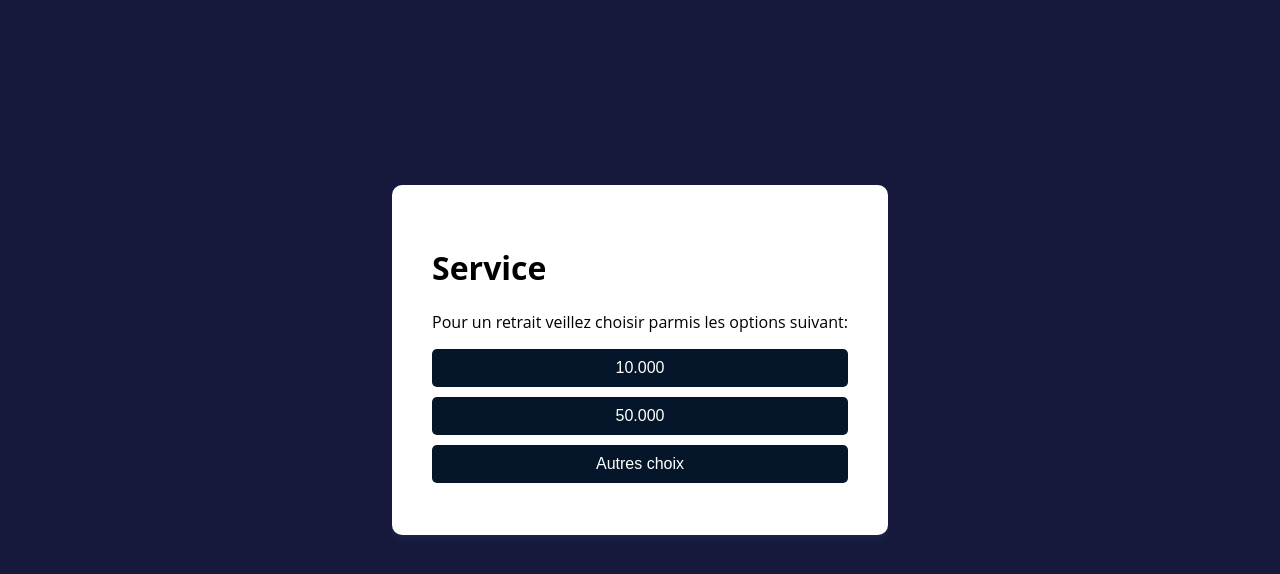
Repository: ndiawar/ProjetGab
Page: retrait.html
An editor plug-in stored every save of this project. The page is shown before and after the next save, followed by the edit.
The browser window is 1280 px wide. The pictures show the whole page.

Above is the page before, as saved 2024-08-07 22:53:50.

### retrait.html
<!DOCTYPE html>
<html lang="fr">
<head>
    <meta charset="UTF-8">
    <meta name="viewport" content="width=device-width, initial-scale=1.0">
    <link rel="stylesheet" href="style.css">
    <title>Page de Gestion</title>
</head>
<body>
    <div class="container">
        <h1 id="service">Service</h1>
        <p id="welcome-message">Pour un retrait veillez choisir parmis les options suivant:</p>
        <button class="button">10.000</button>
        <button class="button">50.000</button>
        <button class="button">Autres choix</button>
    </div>
</body>
</html>

### style.css
:root {
    /* Définition des couleurs de base */
    --blue-sky-1: #16193B; /* Bleu nuit */
    --blue-sky-2: #35478C; /* Bleu foncé */
    --blue-sky-3: #4E7AC7; /* Bleu vif */
    --blue-sky-4: #7FB2F0; /* Bleu clair */
    --blue-sky-5: #ADD5F7; /* Bleu très clair */
    --Noir-6: #000000; /* Noir */
    --White-7: #ffffff; /* Blanc */

    /* Utilisation des couleurs pour différents éléments */
    --color-title: var(--blue-sky-1); /* Couleur pour les titres */
    --color-subtitle: var(--blue-sky-3); /* Couleur pour les sous-titres */
    --color-paragraph: var(--blue-sky-2); /* Couleur pour les paragraphes */
    --color-border: var(--blue-sky-4); /* Couleur pour les bordures */
    --color-backgroundFoncé: var(--blue-sky-1); /* Couleur de fond foncée */
    --color-background: var(--blue-sky-5); /* Couleur de fond général */
    --color-text: var(--Noir-6); /* Couleur pour le texte de fond */
    --color-white: var(--White-7); /* Couleur blanche pour le texte de fond d'une balise */

    /* Polices */
    --font-title: 'Montserrat', sans-serif;
    --font-text: 'Open Sans', sans-serif;
    --font-subtitle: 'Roboto', sans-serif;

    /* Taille de police standard et poids */
    --font-size-normal: 16px; /* Taille de police standard pour le texte */
    --font-size-title: 28px; /* Taille de police pour les grands titres */
    --font-size-subtitle: 20px; /* Taille de police pour les sous-titres */
    --font-weight-normal: 400; /* Poids normal de la police */
    --font-weight-bold: 700; /* Poids en gras */
    /* Pour le profil la taille du nom et du sous-titre */
    --font-size-titleProfil: 45px;
    --font-size-subtitleProfil: 30px;
}


/*Initialisation de notre body pour supprimer les marges et choix du type de police pour notre site*/


/*Initialisation de notre body pour supprimer les marges et choix du type de police pour notre site*/
* {
  box-sizing: border-box;
}

/* Style global pour le corps de la page */
body, html {
    margin: 0;
    padding: 0;
    color: var(--color-text);
    font-family: var(--font-text);
    font-size: var(--font-size-normal);
    font-weight: var(--font-weight-normal);
    overflow-x: hidden;
    height: 100%;
    display: flex;
    align-items: center;
    justify-content: center;
    background-color: var(--color-backgroundFoncé);
}

/* Conteneur principal de la page de connexion */
.login-container {
    display: flex;
    width: 100%;
    max-width: 900px;
    height: 500px;
    background-color: var(--color-white);
    box-shadow: 0 4px 8px rgba(101, 150, 214, 0.1);
    border-radius: 10px;
    overflow: hidden;
}

/* Style pour la section du formulaire de connexion */
.login-form {
    flex: 1;
    padding: 40px;
    background-color: var(--color-white);
    display: flex;
    flex-direction: column;
    justify-content: center;
}

/* Style pour les titres et formulaires dans la section de connexion */
.login-form h2 {
    margin-bottom: 20px;
    color: var(--color-title);
    font-size: var(--font-size-title);
    font-family: var(--font-title);
    font-weight: var(--font-weight-bold);
    padding: 5px 0 60px 50px;
}

.form-group {
    margin-bottom: 15px;
    font-size: var(--font-subtitle);
    font-weight: var(--font-weight-normal);
    font-family: var(--font-text);
    color: var(--color-title);
}

.form-group label {
    display: block;
    margin-bottom: 5px;
    color: var(--color-title);
}

.form-group input {
    width: 100%;
    padding: 10px;
    border: 1px solid var(--color-title);
    border-radius: 5px;
    font-size: 16px;
    box-sizing: border-box;
}

button {
    width: 100%;
    padding: 10px;
    background-color: var(--color-backgroundFoncé);
    color: var(--color-white);
    border: none;
    border-radius: 5px;
    font-size: 16px;
    cursor: pointer;
    transition: background-color 0.3s ease;
}

button:hover {
    background-color: var(--color-border);
}

/* Style pour la section de bienvenue avec le logo */
.welcome-section {
    flex: 1;
    display: flex;
    align-items: center;
    justify-content: center;
    color: var(--color-backgroundFoncé);
}

.welcome-content {
    text-align: center;
    padding: 20px;
}

.logo {
    width: 350px;
    height: 350px;
    margin-bottom: 20px;
}

.welcome-section h1 {
    margin: 0 0 10px;
    font-size: 36px;
}

.welcome-section p {
    font-size: 18px;
    margin: 0;
}

/* Style pour le conteneur principal de gestion */
.container {
    background-color: var(--color-white);
    border-radius: 10px; /* Assurez-vous qu'il correspond à .login-container */
    box-shadow: 0 4px 8px rgba(101, 150, 214, 0.1); /* Utilisez le même box-shadow que .login-container */
    padding: 40px; /* Assurez-vous que le padding est le même pour le confort */
    max-width: 900px; /* Assurez-vous qu'il correspond à max-width de .login-container */
    height: 350px; /* Assurez-vous qu'il correspond à height de .login-container */
    width: 100%;
    margin: 0 auto; /* Centrer le conteneur */
}

.service {
    font-size: 24px;
    margin-bottom: 10px;
    color: var(black);
    text-align: center;
  }

h1.bienvenue {
    font-size: 24px;
    margin-bottom: 10px;
    color: var(--color-title); /* Utilisez la variable de couleur définie */
}

p.welcome-message {
    font-size: 18px;
    margin-bottom: 20px;
    color: var(--color-title); /* Utilisez la variable de couleur définie */
}

.button {
    display: block;
    width: 100%;
    padding: 12px; /* Assurez-vous que le padding est confortable */
    margin: 10px 0;
    font-size: 16px;
    text-align: center;
    border: none;
    border-radius: 5px;
    cursor: pointer;
    transition: background-color 0.3s ease;
    background-color: #05162b;
    color: var(--color-white); /* Utilisez la variable de couleur définie */
}

.button:hover {
    background-color: #35478c; /* Utilisez une couleur hexadécimale directe */
}

.button.retrait,
.button.solde,
.button.retour {
    background-color: rgba(1, 4, 24, 0.911);
    color: var(--color-white); /* Utilisez la variable de couleur définie */
}
.service {
  font-size: 24px;
  margin-bottom: 10px;
  color: var(black);
  text-align: center;
}
welcome-message {
  font-size: 18px;
  margin-bottom: 20px;
  color: var(black);
}
.button {
  display: block;
  width: 100%;
  padding: 10px;
  margin: 10px 0;
  font-size: 16px;
  text-align: center;
  border: none;
  border-radius: 5px;
  cursor: pointer;
  transition: background-color 0.3s;
  background-color: #05162b;
}
.button:hover {
  background-color: var(#35478c);
}
.button.retrait {
  background-color: var(rgba(1, 4, 24, 0.911));
  color: var(--color-white);
}
.button.solde {
  background-color:var(rgba(1, 4, 24, 0.911));
  color: var(--color-white);
}
.button.depot {
  background-color: var(rgba(1, 4, 24, 0.911));
  color: var(--color-white);
}
/*Fin Partie Etienne*/

After the next save:
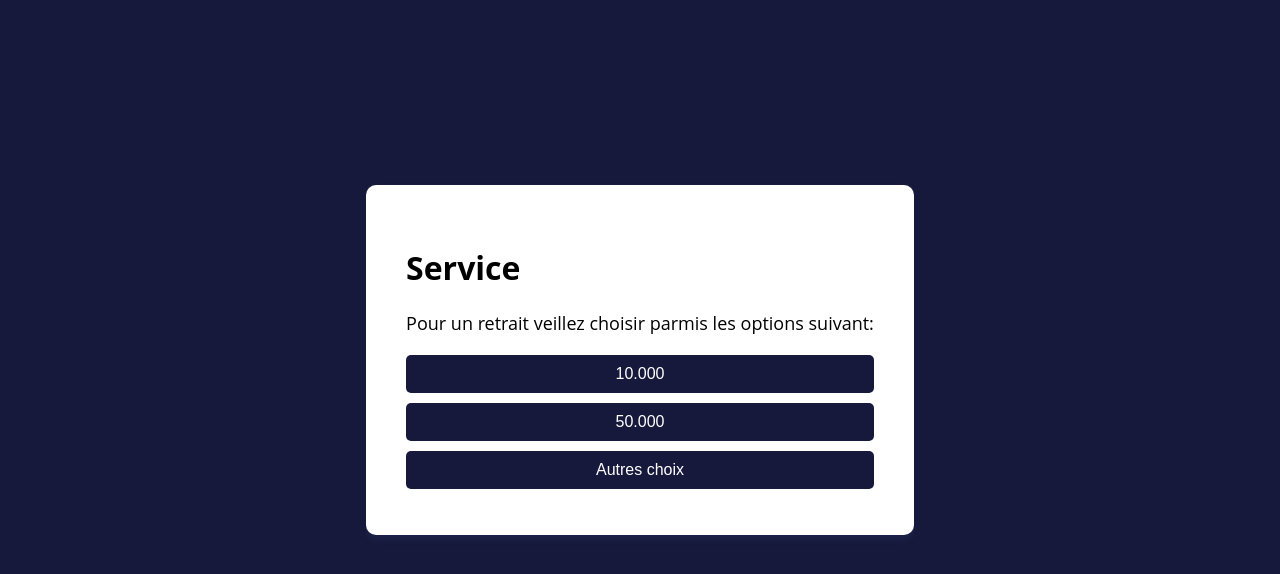
Saved 4 min 24 s later.
--- a/style.css
+++ b/style.css
@@ -191,38 +191,13 @@ p.welcome-message {
     color: var(--color-title); /* Utilisez la variable de couleur définie */
 }
 
-.button {
-    display: block;
-    width: 100%;
-    padding: 12px; /* Assurez-vous que le padding est confortable */
-    margin: 10px 0;
-    font-size: 16px;
-    text-align: center;
-    border: none;
-    border-radius: 5px;
-    cursor: pointer;
-    transition: background-color 0.3s ease;
-    background-color: #05162b;
-    color: var(--color-white); /* Utilisez la variable de couleur définie */
-}
-
-.button:hover {
-    background-color: #35478c; /* Utilisez une couleur hexadécimale directe */
-}
-
-.button.retrait,
-.button.solde,
-.button.retour {
-    background-color: rgba(1, 4, 24, 0.911);
-    color: var(--color-white); /* Utilisez la variable de couleur définie */
-}
 .service {
   font-size: 24px;
   margin-bottom: 10px;
   color: var(black);
   text-align: center;
 }
-welcome-message {
+#welcome-message {
   font-size: 18px;
   margin-bottom: 20px;
   color: var(black);
@@ -238,21 +213,9 @@ welcome-message {
   border-radius: 5px;
   cursor: pointer;
   transition: background-color 0.3s;
-  background-color: #05162b;
+  background-color: var(--color-backgroundFoncé);
 }
 .button:hover {
-  background-color: var(#35478c);
-}
-.button.retrait {
-  background-color: var(rgba(1, 4, 24, 0.911));
-  color: var(--color-white);
-}
-.button.solde {
-  background-color:var(rgba(1, 4, 24, 0.911));
-  color: var(--color-white);
-}
-.button.depot {
-  background-color: var(rgba(1, 4, 24, 0.911));
-  color: var(--color-white);
+  background-color: var(--color-border);
 }
 /*Fin Partie Etienne*/
